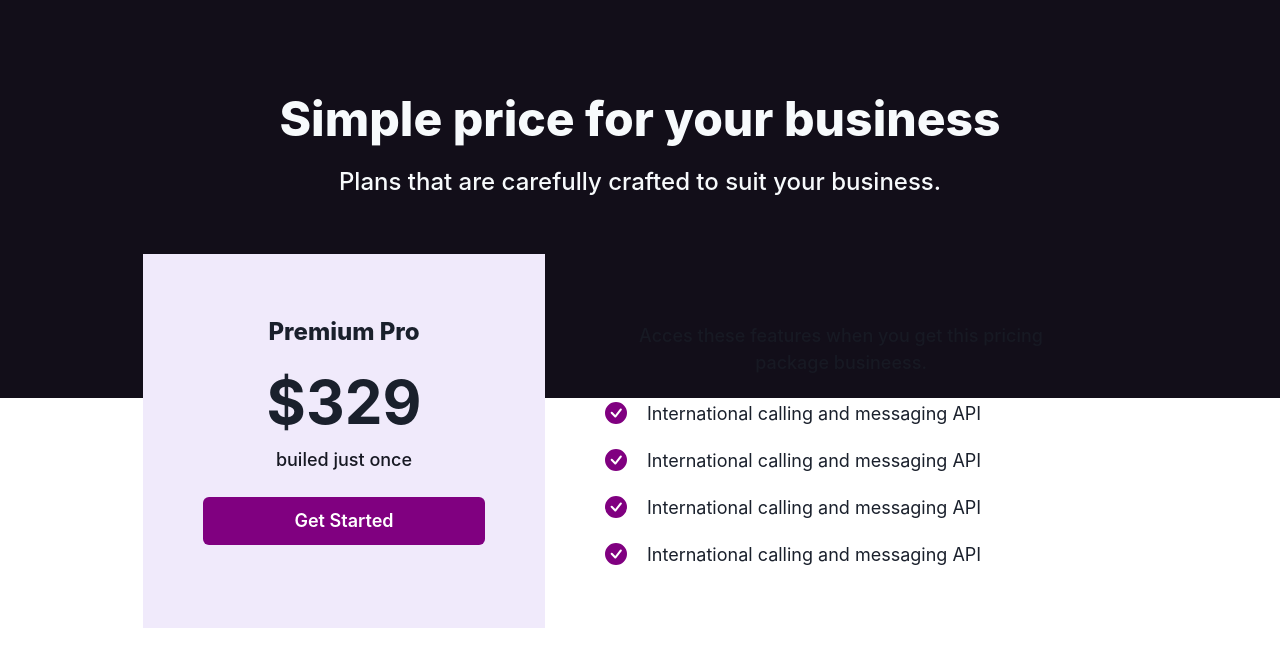
Repository: noutijo/learn-in-depth-chakra-ui
Page: /
The author's editor kept a copy of each file at every save. The page is drawn from the files as they stood at one save, then again after the next save.
The browser window is 1280 px wide. The pictures show the whole page.
The project was rebuilt for these pictures with package versions that can differ from the ones it lists, and the page was loaded fresh each time. Also part of the build but not shown: vite.config.ts.

Above is the page before, as saved 2023-01-30 16:14:10.

After the next save:
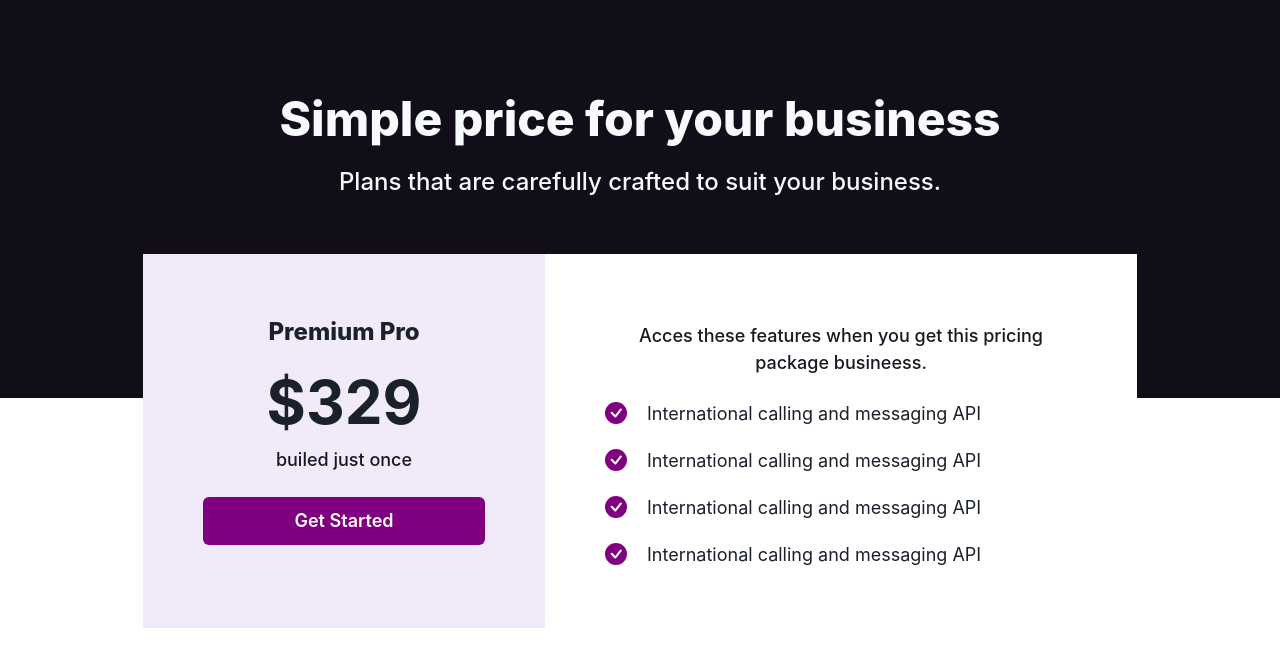
Saved 6 s later.
--- a/src/components/Pricing.tsx
+++ b/src/components/Pricing.tsx
@@ -15,7 +15,7 @@ export const ListItem = (props:any)=>{
 export function Pricing() {
   return (
     <Box maxW="994px" m="auto" mt="-256">
-      <Flex bg="w">
+      <Flex bg="white">
         <Box bg="#f0eafb" p="60px">
           <Text fontSize="24px" fontWeight="800">
             Premium Pro
